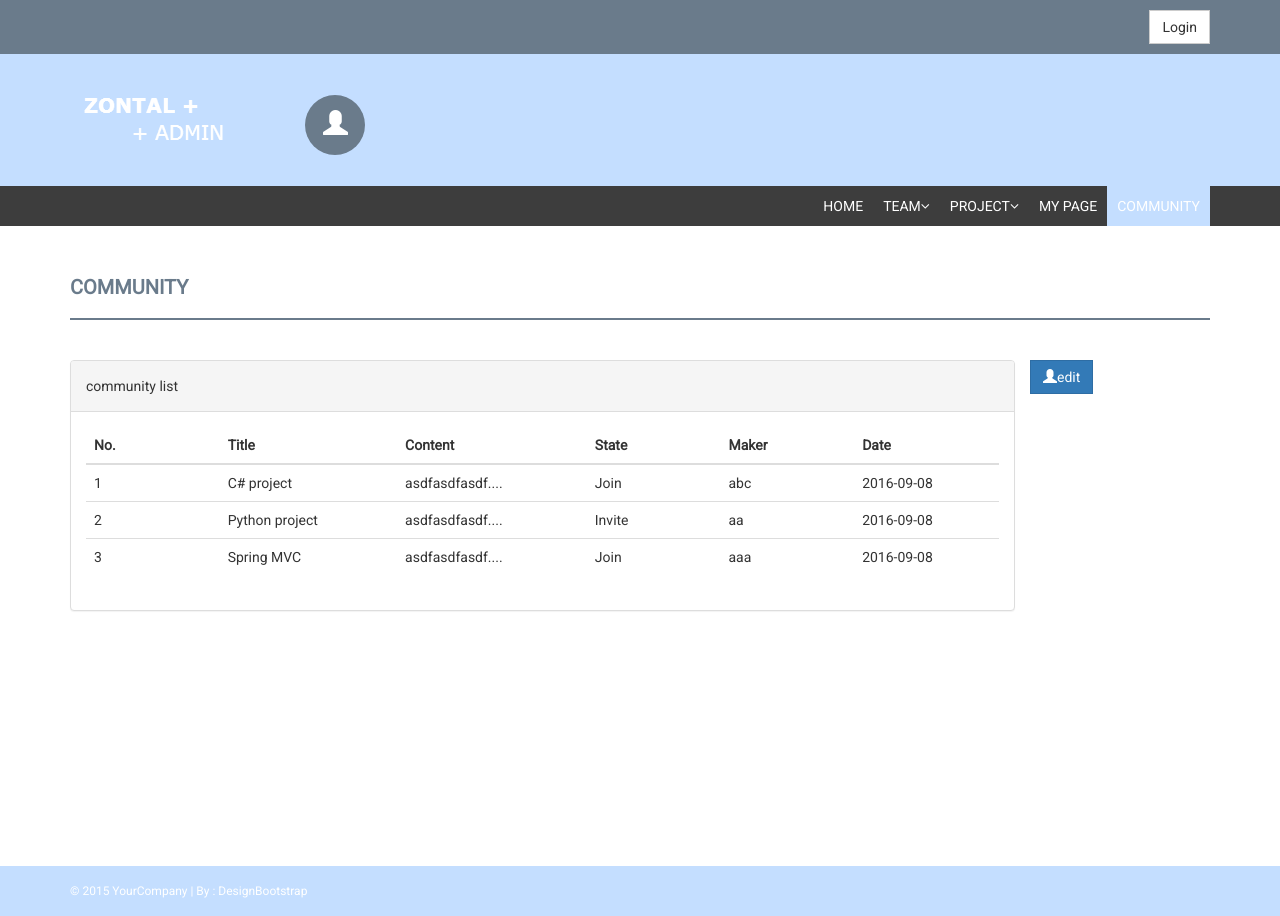
Repository: hwju91/skuniv
Page: http://localhost/0903.2/WEB-INF/jsp/community/communityselect.jsp
An editor plug-in stored every save of this project. The page is shown before and after the next save, followed by the edit.
The browser window is 1280 px wide. The pictures show the whole page.
The page is served by Tomcat 9. Nobody is signed in. The template is opened directly, without the code that normally fills it, so the values that code supplies are empty.

Above is the page before, as saved 2016-09-08 12:15:26.

After the next save:
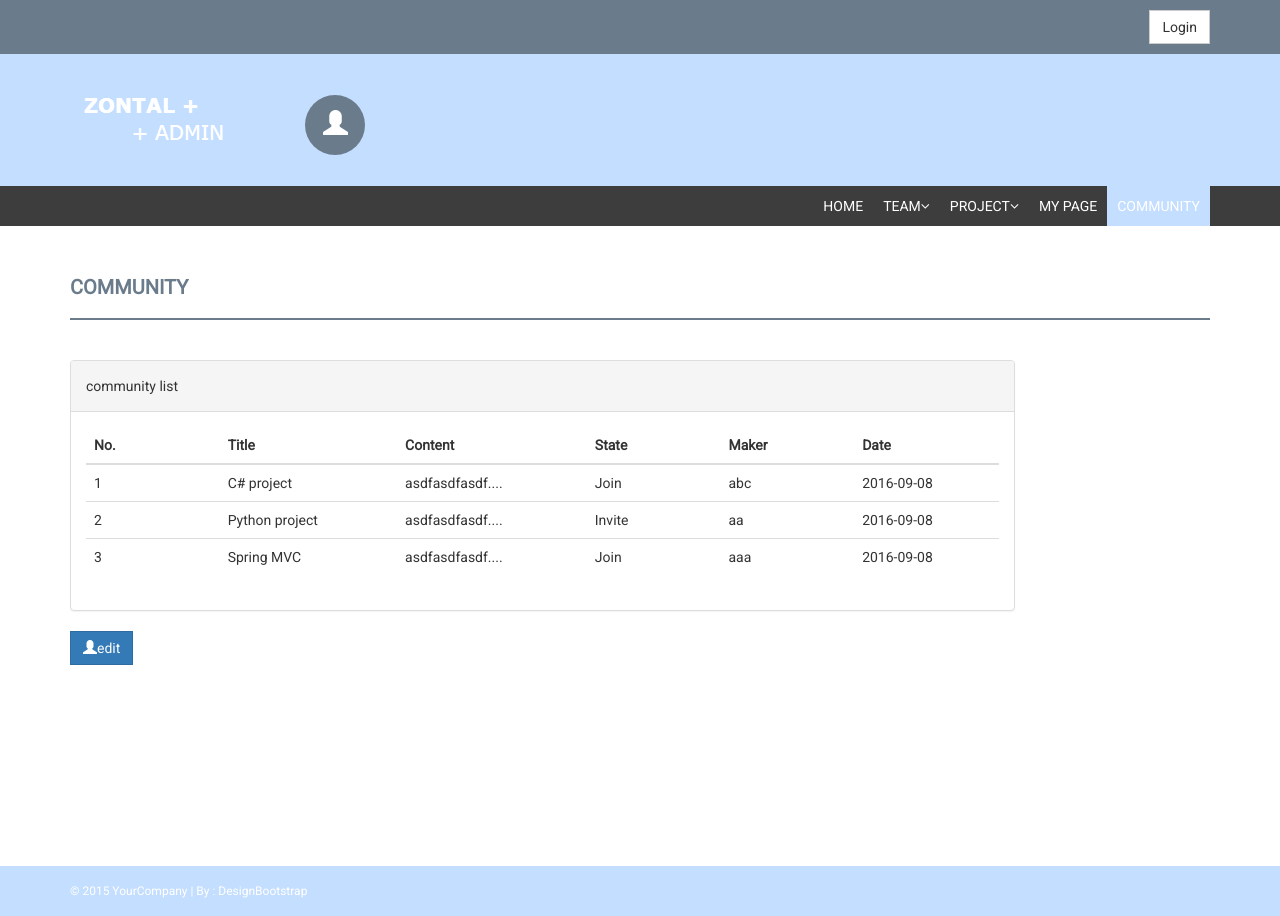
Saved 15 s later.
--- a/0903.2/WebContent/WEB-INF/jsp/community/communityselect.jsp
+++ b/0903.2/WebContent/WEB-INF/jsp/community/communityselect.jsp
@@ -64,8 +64,9 @@
                         </div>
                     </div>
                       <!-- End  Basic Table  -->
+                      <a class="btn btn-primary" href="#"><span class="glyphicon glyphicon-user"></span>edit</a>
                 </div>
-                <a class="btn btn-primary" href="#"><span class="glyphicon glyphicon-user"></span>edit</a>
+
 			</div>
 
 
